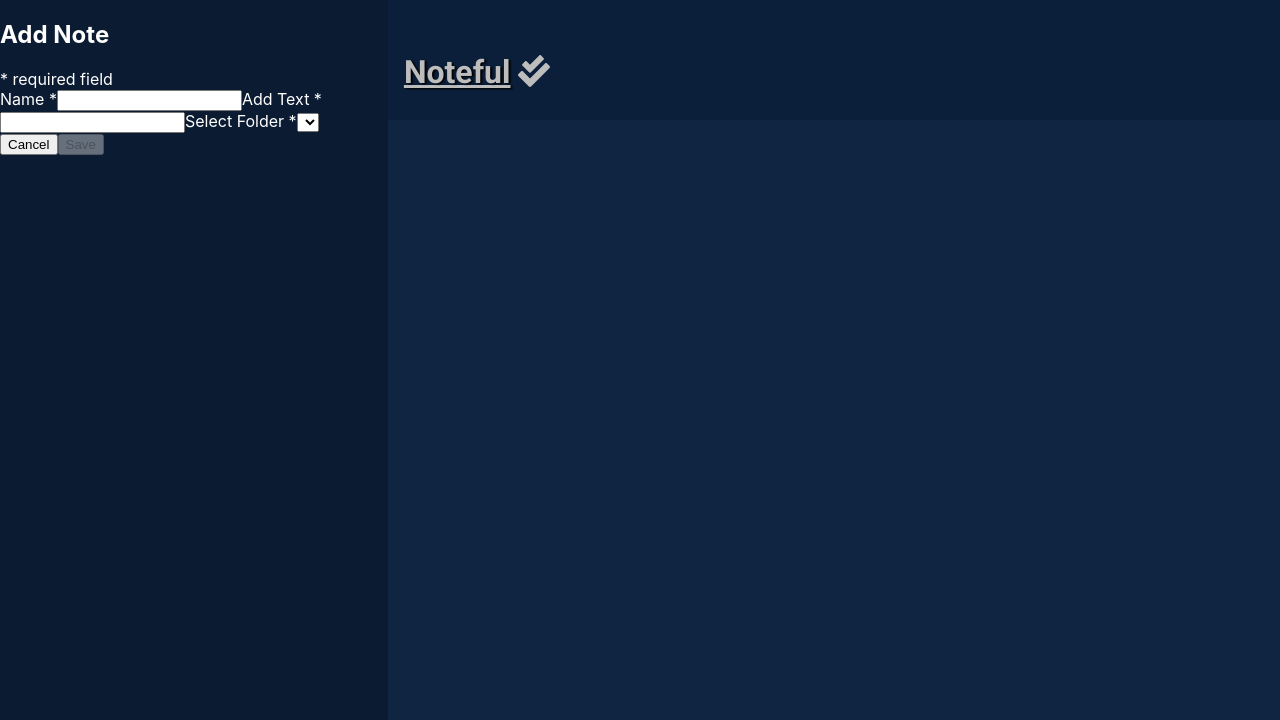
Repository: mhyder1/noteful
Page: /add-note
The author's editor kept a copy of each file at every save. The page is drawn from the files as they stood at one save, then again after the next save.
The browser window is 1280 px wide. The pictures show the whole page.
The page's requests for data from a server got no answer. The project was rebuilt for these pictures with package versions that can differ from the ones it lists, and the page was loaded fresh each time. No one was signed in, and anything a server would have sent is missing. Also part of the build but not shown: src/CircleButton/CircleButton.css, src/CircleButton/CircleButton.js, src/notes-helpers.js, src/NoteListNav/NoteListNav.css, src/NoteListNav/NoteListNav.js, src/NotePageNav/NotePageNav.css, src/NotePageNav/NotePageNav.js, src/Note/Note.css and 8 more.

Above is the page before, as saved 2020-03-13 09:56:09.

### src/App/App.js
import React, {Component} from 'react';
import {Route, Link} from 'react-router-dom';
import {FontAwesomeIcon} from '@fortawesome/react-fontawesome';
import NoteListNav from '../NoteListNav/NoteListNav';
import NotePageNav from '../NotePageNav/NotePageNav';
import NoteListMain from '../NoteListMain/NoteListMain';
import NotePageMain from '../NotePageMain/NotePageMain';
import ApiContext from '../ApiContext';
import config from '../config';
import AddFolder from '../AddFolder/AddFolder';
import AddNote from '../AddNote/AddNote';
import './App.css';

class App extends Component {
    state = {
        notes: [],
        folders: []
    };

    componentDidMount() {
        Promise.all([
            fetch(`${config.API_ENDPOINT}/notes`),
            fetch(`${config.API_ENDPOINT}/folders`)
        ])
            .then(([notesRes, foldersRes]) => {
                if (!notesRes.ok)
                    return notesRes.json().then(e => Promise.reject(e));
                if (!foldersRes.ok)
                    return foldersRes.json().then(e => Promise.reject(e));

                return Promise.all([notesRes.json(), foldersRes.json()]);
            })
            .then(([notes, folders]) => {
                this.setState({notes, folders});
            })
            .catch(error => {
                console.error({error});
            });
    }

    handleDeleteNote = noteId => {
        this.setState({
            notes: this.state.notes.filter(note => note.id !== noteId)
        });
    };


    addNote = note => {
        this.setState({
            notes: [...this.state.notes, note]
        })
    }

    addFolder = folder => {
        this.setState({
            folders: [...this.state.folders, folder]
        })
    }


    renderNavRoutes() {
        return (
            <>
                {['/', '/folder/:folderId'].map(path => (
                    <Route
                        exact
                        key={path}
                        path={path}
                        component={NoteListNav}
                    />
                ))}
                <Route path="/note/:noteId" component={NotePageNav}  />

                {/*
                    Change render props so that props are sent directly
                */}
                <Route path="/add-folder" render={(props) =>
                    <AddFolder folders={this.state.folders} {...props} />} />
                <Route path="/add-note" render={(props) =>
                    <AddNote folders={this.state.folders} {...props}/> }  />
            </>
        );
    }

    renderMainRoutes() {
        return (
            <>
                {['/', '/folder/:folderId'].map(path => (
                    <Route
                        exact
                        key={path}
                        path={path}
                        component={NoteListMain}
                    />
                ))}
                <Route path="/note/:noteId" component={NotePageMain} />
            </>
        );
    }

    render() {
        const value = {
            notes: this.state.notes,
            folders: this.state.folders,
            deleteNote: this.handleDeleteNote,
            // addNote: this.handleAddNote,
            // addFolder: this.handleAddFolder,
            addNote: this.addNote,
            addFolder: this.addFolder
        };
        return (
            <ApiContext.Provider value={value}>
                <div className="App">
                    <nav className="App__nav">{this.renderNavRoutes()}</nav>
                    <header className="App__header">
                        <h1>
                            <Link to="/">Noteful</Link>{' '}
                            <FontAwesomeIcon icon="check-double" />
                        </h1>
                    </header>
                    <main className="App__main">{this.renderMainRoutes()}</main>
                </div>
            </ApiContext.Provider>
        );
    }
}

export default App;

### src/config.js
export default {
  // API_ENDPOINT: 'https://whispering-lowlands-37902.herokuapp.com'
  API_ENDPOINT: 'http://localhost:9090'
}

### src/AddNote/AddNote.js
import React from 'react';
import { Link } from 'react-router-dom'
import ValidationError from '../AddNote/ValidationError';
import config from '../config';
import NoteError from '../NoteError';
import PropTypes from 'prop-types';
import ApiContext from '../ApiContext';

class AddNote extends React.Component {
    constructor(props) {
        super(props);
        this.state = {
          name: {
            value: '',
            touched: false
          },
          content: '',
          folderId: ''
        }
    }
    static contextType = ApiContext

    updateName(name) {
        this.setState({name: {value: name, touched: true}});
    }

    updateContent(content) {
        this.setState({content: content });
    }

    handleDropdownClick(folderId) {
        console.log(folderId)
        this.setState({folderId: folderId});
    }

    handleSubmit(event) {
        event.preventDefault();
        const {name, folderId, content} = this.state;
        const folderIdInt = parseInt(folderId);


        console.log('handle submit variables name', name );
        console.log('handle submit variables folderId', folderId );
        console.log('handle submit variables content', content );

        let options = {
            method: 'POST',
            body: JSON.stringify({name: name.value, folderid: folderIdInt, content}),
            headers: { 'Content-Type': 'application/json'}
        }
        fetch(`${config.API_ENDPOINT}/note`, options)
            .then(res => res.json())
            .then((result) => {
            this.props.routeProps.history.push('/')
            console.log(result)
            console.log(folderId)

            })
    }

    validateName() {
        const name = this.state.name.value.trim();
        if (name.length === 0) {
          return "Name is required";
        } else if (name.length < 3) {
          return "Name must be at least 3 characters long";
        }
    }

    validateFolder() {
        const folder = this.state.folderID.trim();
        if (folder.length === 0) {
          return "Folder is required";
        }
    }

    render() {
        const {folders} = this.props
        const dropdownItems = folders.map(item => {
            return <option key={item.id} value={item.id}>{item.name}</option>
        })




        return (
            <form className="addnote" onSubmit={e => this.handleSubmit(e)}>
                <h2>Add Note</h2>
                <div className="addnote__hint">* required field</div>
                <div className="form-group">
                    <label htmlFor="name">Name *</label>
                    <input type="text" className="name__control"
                        name="name" id="name" onChange={e => this.updateName(e.target.value)}/>
                    {/* {this.state.name.touched && <ValidationError message={'There was an error'} />} */}

                    <label htmlFor="content">Add Text *</label>
                    <input type="text" className="name__control"
                        name="content" id="content" onChange={e => this.updateContent(e.target.value)}/>

                    <label htmlFor="folder">Select Folder *</label>
                    <select onChange={e => this.handleDropdownClick(e.target.value)}>
                        <option/>
                        {dropdownItems}
                    </select>

                </div>

                <div className="addfolder__button__group">
                <button
                    // tag={Link}
                    to='/'
                    type="reset"
                    className="addnote__button">
                    Cancel
                </button>
                <NoteError>
                    <button
                        // tag={Link}
                        to='/'
                        type="submit"
                        className="addnote__button"
                        disabled={this.validateName()}>
                        Save
                    </button>
                </NoteError>
                </div>
            </form>
        )
    }
}

AddNote.propTypes = {
    name: PropTypes.string,
    content: PropTypes.string,
    folderid: PropTypes.number,
};

export default AddNote;

Loaded but not shown: public/index.html (common file); src/index.js (common file); src/index.css (common file); src/ApiContext.js (common file); src/App/App.css (common file)

After the next save:
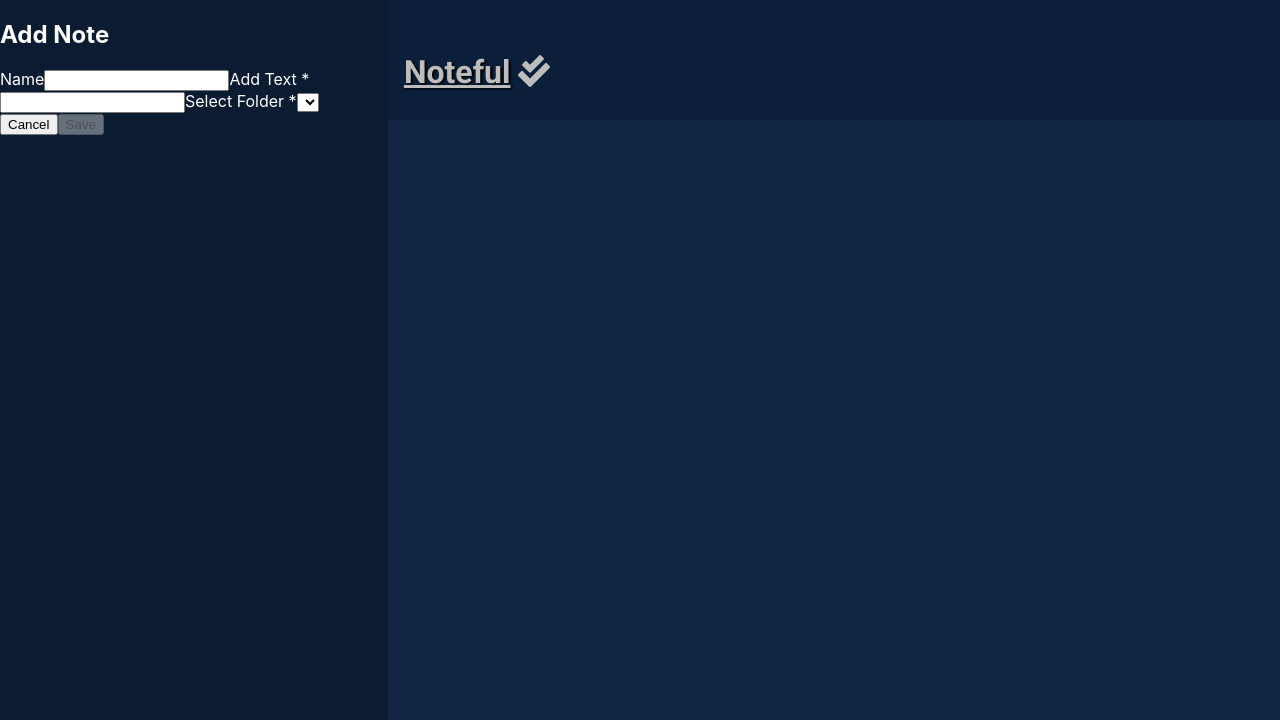
Saved 44 s later.
--- a/src/AddNote/AddNote.js
+++ b/src/AddNote/AddNote.js
@@ -86,9 +86,9 @@
         return (
             <form className="addnote" onSubmit={e => this.handleSubmit(e)}>
                 <h2>Add Note</h2>
-                <div className="addnote__hint">* required field</div>
+                {/* <div className="addnote__hint">* required field</div>   */}
                 <div className="form-group">
-                    <label htmlFor="name">Name *</label>
+                    <label htmlFor="name">Name</label>
                     <input type="text" className="name__control"
                         name="name" id="name" onChange={e => this.updateName(e.target.value)}/>
                     {/* {this.state.name.touched && <ValidationError message={'There was an error'} />} */}
